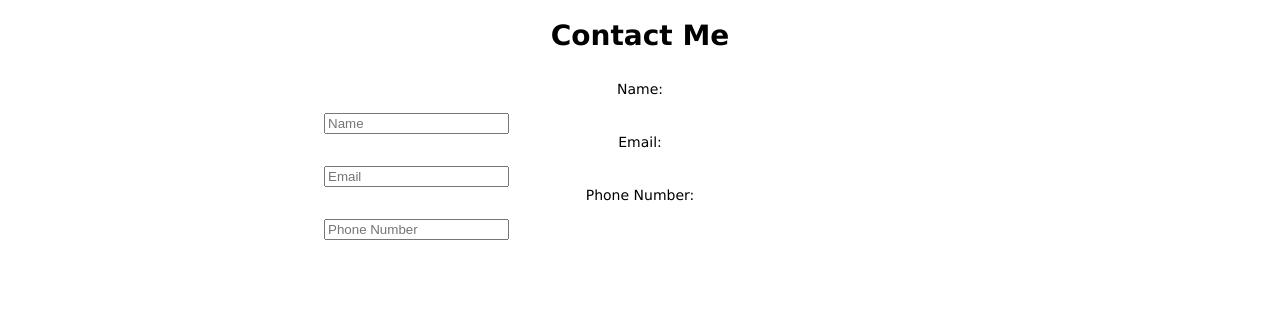
Repository: JanakanS95/COMP-229-Assignment-1
Page: http://localhost/contact
The author's editor kept a copy of each file at every save. The page is drawn from the files as they stood at one save, then again after the next save.
The browser window is 1280 px wide. The pictures show the whole page.
The page is served by the project's Node server (app.js). Other server files are loaded and not shown.

Above is the page before, as saved 2021-06-04 05:07:48.

### views/contact.ejs
<!DOCTYPE html>
<html lang="en">
<head>
    <meta charset="UTF-8">
    <meta http-equiv="X-UA-Compatible" content="IE=edge">
    <meta name="viewport" content="width=device-width, initial-scale=1.0">
    <title><%= title %></title>
    <link rel='stylesheet' href='/Content/contact.css' />
</head>
<body>
    <h1><%= title %></h1>
    <div class = 'container'>
        <form>
            <label>Name:</label>
            <br>
            <input id='name' placeholder='Name' type='text'>
            <br>
            <label>Email:</label>
            <br>
            <input id='email' placeholder='Email' type='email'>
            <br>
            <label>Phone Number:</label>
            <br>
            <input id='phone' placeholder='Phone Number' type='tel'>
            <br>
        </form>
    </div>
</body>
</html>

### app.js
let createError = require('http-errors');
let express = require('express');
let path = require('path');
let cookieParser = require('cookie-parser');
let logger = require('morgan');

let indexRouter = require('./routes/index');
let usersRouter = require('./routes/users');

let app = express();

// view engine setup
app.set('views', path.join(__dirname, 'views'));
app.set('view engine', 'ejs');

app.use(logger('dev'));
app.use(express.json());
app.use(express.urlencoded({ extended: false }));
app.use(cookieParser());
app.use(express.static(path.join(__dirname, 'public')));

app.use('/', indexRouter);
app.use('/users', usersRouter);

// catch 404 and forward to error handler
app.use(function(req, res, next) {
  next(createError(404));
});

// error handler
app.use(function(err, req, res, next) {
  // set locals, only providing error in development
  res.locals.message = err.message;
  res.locals.error = req.app.get('env') === 'development' ? err : {};

  // render the error page
  res.status(err.status || 500);
  res.render('error');
});

module.exports = app;

### routes/index.js
var express = require('express');
var router = express.Router();

/* GET home page. */
router.get('/', function(req, res, next) {
  res.render('index', { title: 'Janakan Sivananthan' });
});

/* GET home page. */
router.get('/home', function(req, res, next) {
  res.render('index', { title: 'Janakan Sivananthan' });
});

/* GET About me page. */
router.get('/about', function(req, res, next) {
  res.render('about', { title: 'About Me' });
});

/* GET Projects page. */
router.get('/projects', function(req, res, next) {
  res.render('projects', { title: 'Projects' });
});

/* GET Service page. */
router.get('/services', function(req, res, next) {
  res.render('services', { title: 'Services' });
});

/* GET Contact Me page. */
router.get('/contact', function(req, res, next) {
  res.render('contact', { title: 'Contact Me' });
});

module.exports = router;

### public/Content/contact.css
body {
    font: 14px "Lucida Grande", Helvetica, Arial, sans-serif;
  }

  h1 {
    text-align : center;
  }

  .container{
      margin : auto;
      width : 50%;
      padding : 10px;
  }

  .container label{
      display : block;
      text-align: center;
  }

After the next save:
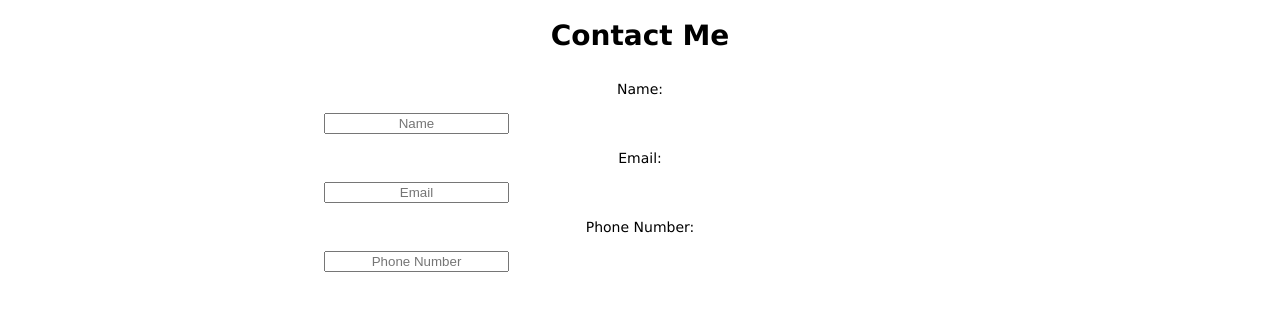
Saved 21 s later.
--- a/public/Content/contact.css
+++ b/public/Content/contact.css
@@ -16,3 +16,8 @@ body {
       display : block;
       text-align: center;
   }
+
+  .container input{
+      display : block;
+      text-align: center;
+  }
